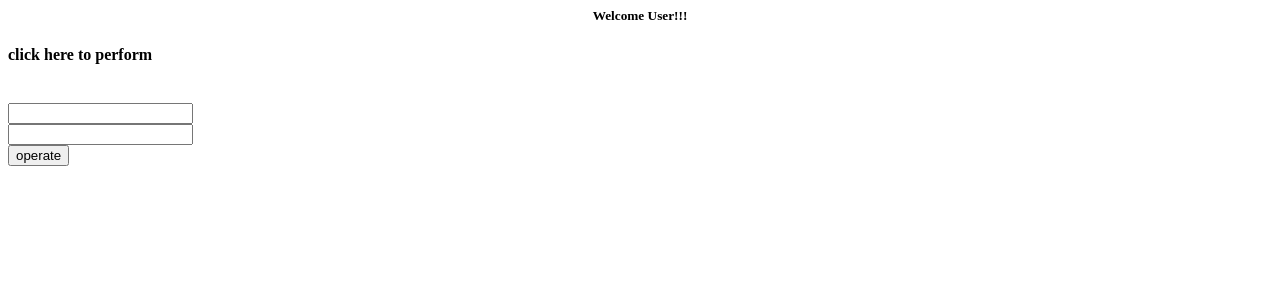
Repository: Rahul1488/servlets
Page: http://localhost/jspproject/
The author's editor kept a copy of each file at every save. The page is drawn from the files as they stood at one save, then again after the next save.
The browser window is 1280 px wide. The pictures show the whole page.
The page is served by Tomcat 9.

Above is the page before, as saved 2021-12-31 04:03:50.

After the next save:
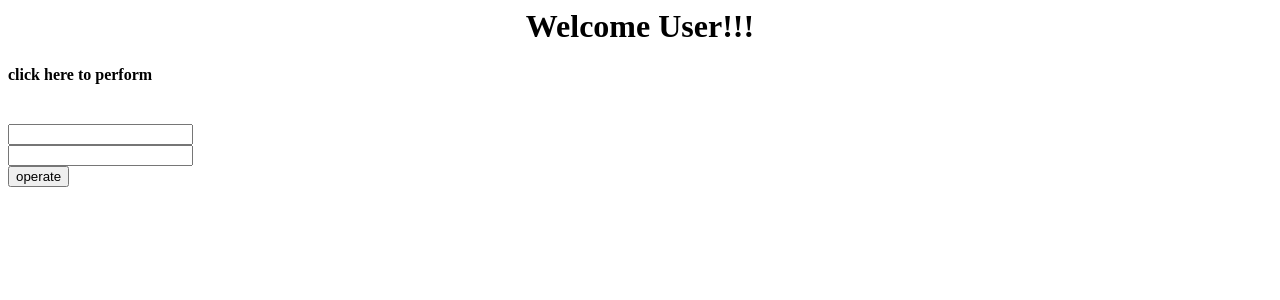
Saved 13 s later.
--- a/jspproject/src/main/webapp/index.jsp
+++ b/jspproject/src/main/webapp/index.jsp
@@ -1,7 +1,7 @@
 <html>
 <body>
 
- <h5 align="center">Welcome User!!!</h5>
+ <h1 align="center">Welcome User!!!</h1>
 <form action="./number.jsp"><h4>click here to perform</h4>
 <br>
 <input type="text" name="number1">
